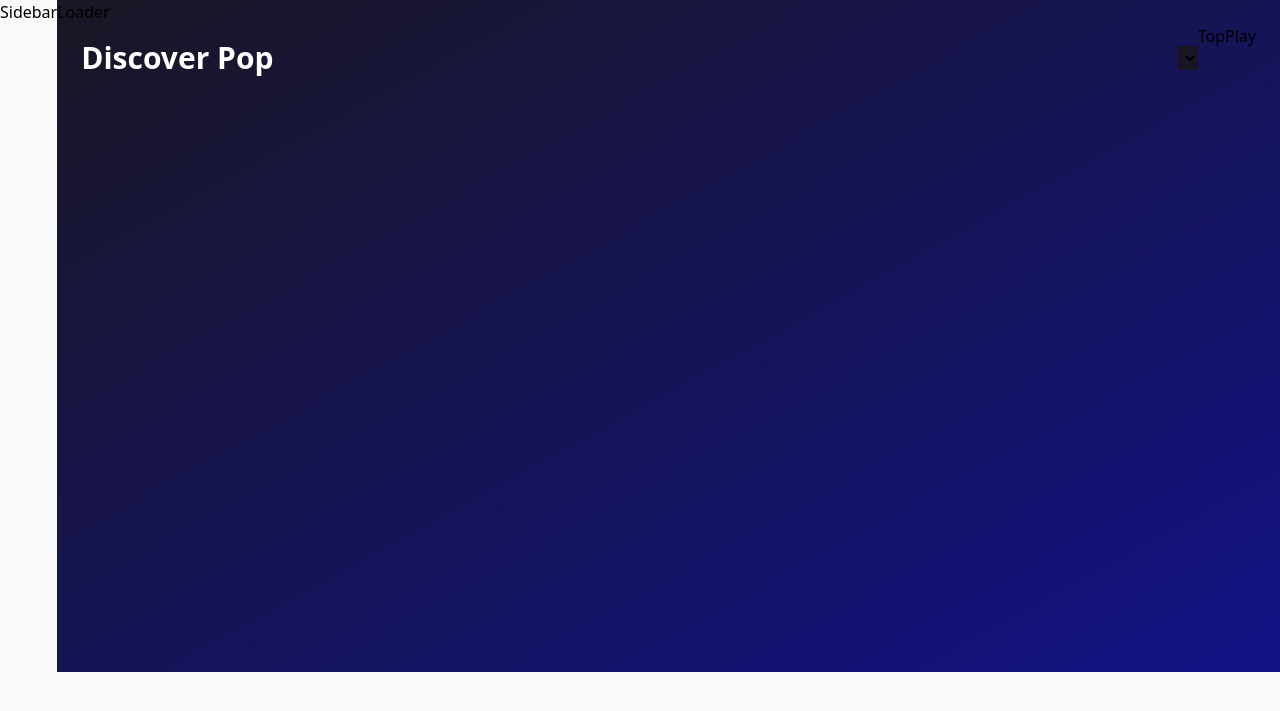
Repository: Goldmyn/GoldStarMusic
Page: /
An editor plug-in stored every save of this project. The page is shown before and after a run of saves, followed by the edit.
The browser window is 1280 px wide. The pictures show the whole page.
The project was rebuilt for these pictures with package versions that can differ from the ones it lists, and the page was loaded fresh each time. Also part of the build but not shown: vite.config.js, src/components/SongCard.jsx, src/components/ArtistCard.jsx, src/components/DetailsHeader.jsx, src/components/PlayPause.jsx, src/components/SongBar.jsx, src/components/RelatedSongs.jsx, src/components/MusicPlayer/Controls.jsx and 13 more.

Above is the page before, as saved 2022-09-30 12:53:48.

After the next 8 saves:
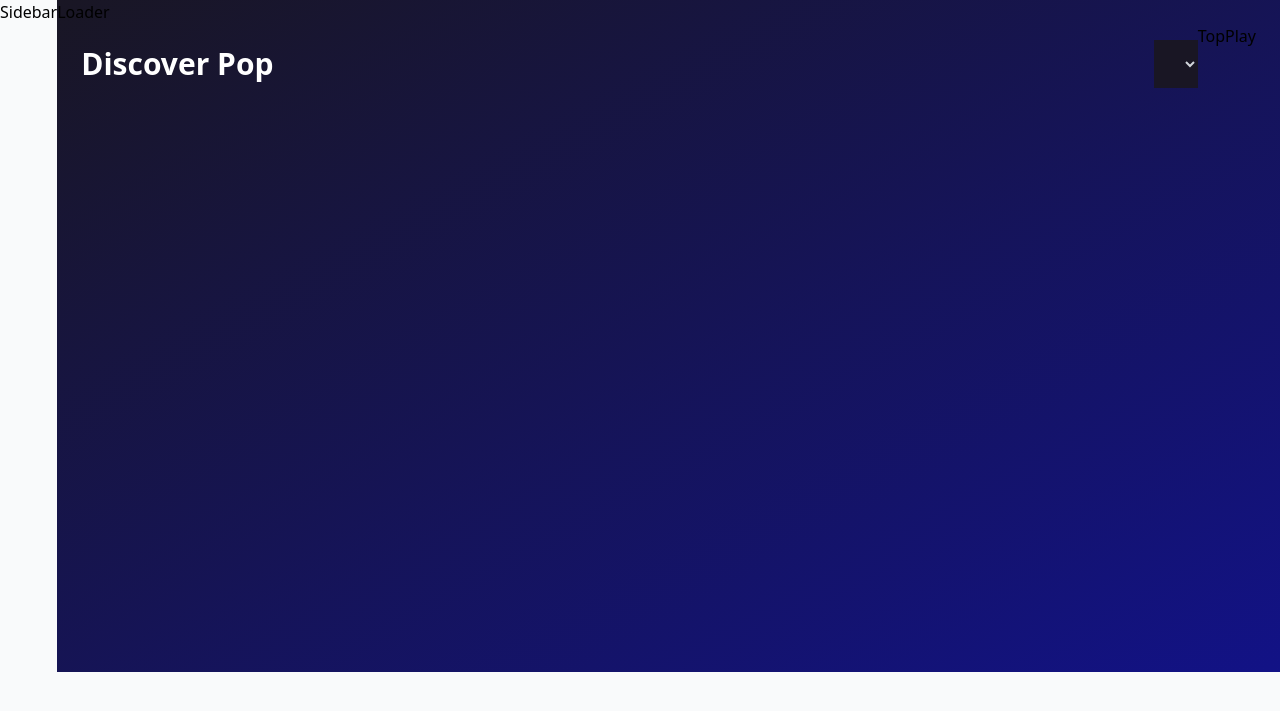
The 8 saves are shown as one change because they came seconds apart.
The last was saved 61 s later.
--- a/src/pages/Discover.jsx
+++ b/src/pages/Discover.jsx
@@ -12,7 +12,7 @@ const Discover = () => {
                 <h2 className="font-bold text-3xl text-white text-left">
                     Discover {genreTitle}
                 </h2>
-                <select className="bg-black ">
+                <select className="bg-black text-gray-300 p-3 text">
 
                 </select>
             </div>
